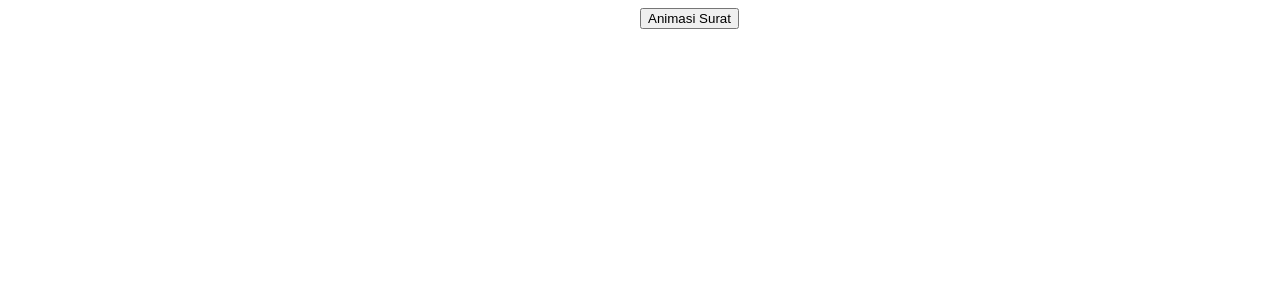
Repository: Irantsitumorang/projectRepo1
Page: BelajarJS/LatihanHTML/WebContent/suratj.html
An editor plug-in stored every save of this project. The page is shown before and after the next save, followed by the edit.
The browser window is 1280 px wide. The pictures show the whole page.

Above is the page before, as saved 2021-07-01 10:14:13.

### BelajarJS/LatihanHTML/WebContent/suratj.html
<!DOCTYPE html>
<html>
<head>
	<meta charset="UTF-8">
    <meta http-equiv="X-UA-Compatible" content="IE=edge">
    <meta name="viewport" content="width=device-width, initial-scale=1.0">
    <script src="https://ajax.googleapis.com/ajax/libs/jquery/3.5.1/jquery.min.js"></script>
    <title>Document</title>

    <style>
    /* div {
        color: aquamarine;
        padding: 20px 25px;
        height: 120px;
        width: 100px;
        background-color: blue;
    } */

	#bg{
	margin-left: 50%;
	}

    #surat1 {
    width: 0;
    height: 0;

    border-left: 70px solid transparent;
	border-right: 70px solid transparent;
	border-bottom: 70px solid red;
	margin-left: center;
    }

    #surat2 {
    width: 0;
    height: 0;

    border-left: 70px solid transparent;
	border-right: 70px solid transparent;
	border-top: 70px solid red;
	margin-left: center;
    }

     #surat3 {
    width: 0;
    height: 0;

    border-left: 70px solid transparent;
	border-right: 70px solid transparent;
	border-top: 70px solid red;
	margin-left: center;
    }

</style>

<script>

$(document).ready(function(){
  $("button").click(function(){
    $("#surat1").fadeIn(4000);
    $("#surat2").fadeIn(7000);
    $("#surat3").fadeIn(9000);
  });
});

</script>
</head>
<body>

<div id="bg" style="" >
<button>Animasi Surat</button><br><br>

<div id="surat1" style="display:none; background-color:yellow;"></div><br>
<div id="surat2" style="display:none; background-color:orange;"></div><br>
<div id="surat3" style="display:none; background-color:blue;"></div>
</div>
</body>
</html>

After the next save:
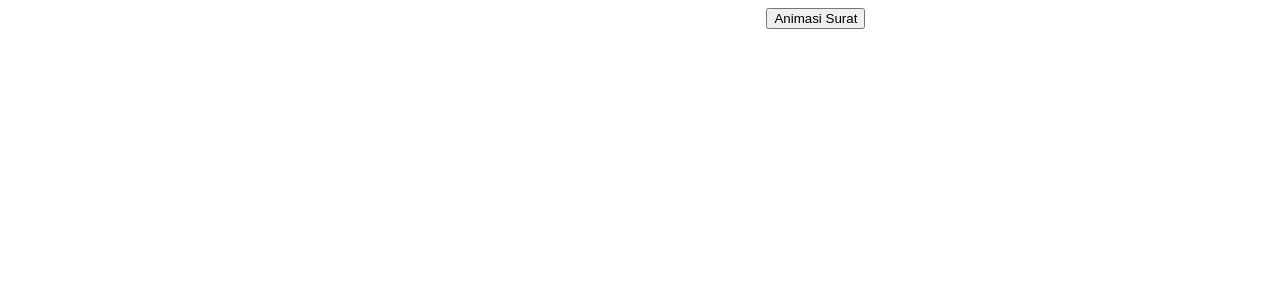
Saved 28 s later.
--- a/BelajarJS/LatihanHTML/WebContent/suratj.html
+++ b/BelajarJS/LatihanHTML/WebContent/suratj.html
@@ -17,7 +17,7 @@
     } */
 
 	#bg{
-	margin-left: 50%;
+	margin-left: 60%;
 	}
 
     #surat1 {
